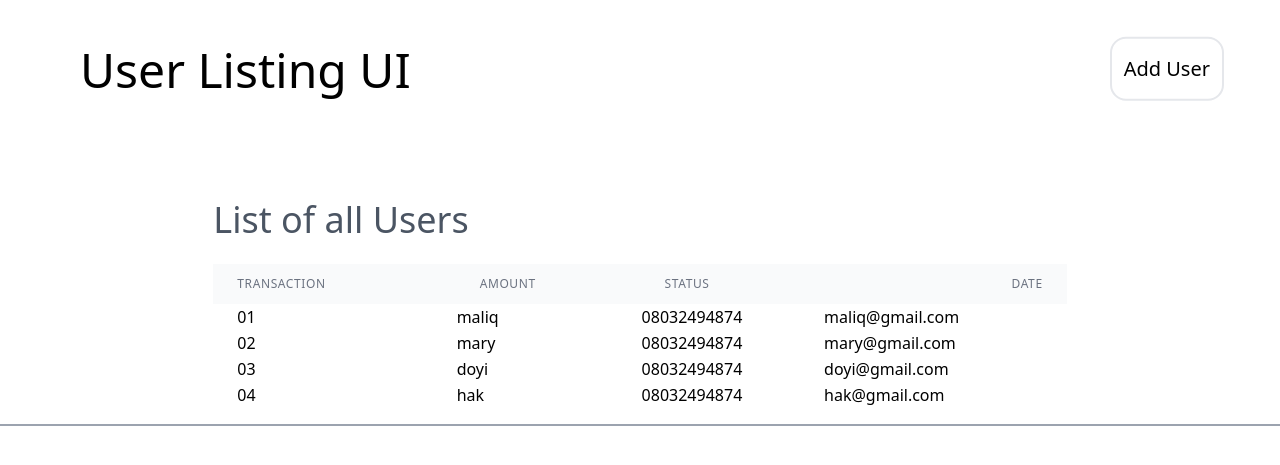
Repository: Marlstergo/listings
Page: / (app in client/)
An editor plug-in stored every save of this project. The page is shown before and after the next save, followed by the edit.
The browser window is 1280 px wide. The pictures show the whole page.
The project was rebuilt for these pictures with package versions that can differ from the ones it lists, and the page was loaded fresh each time. Also part of the build but not shown: client/craco.config.js, client/src/components/Loader.js, client/src/components/Order.js, client/src/components/Modal.js. Imported but missing from the stored project, and not drawn on this page: client/src/components/Base, client/src/components/Toppings.

Above is the page before, as saved 2021-07-21 09:37:22.

After the next save:
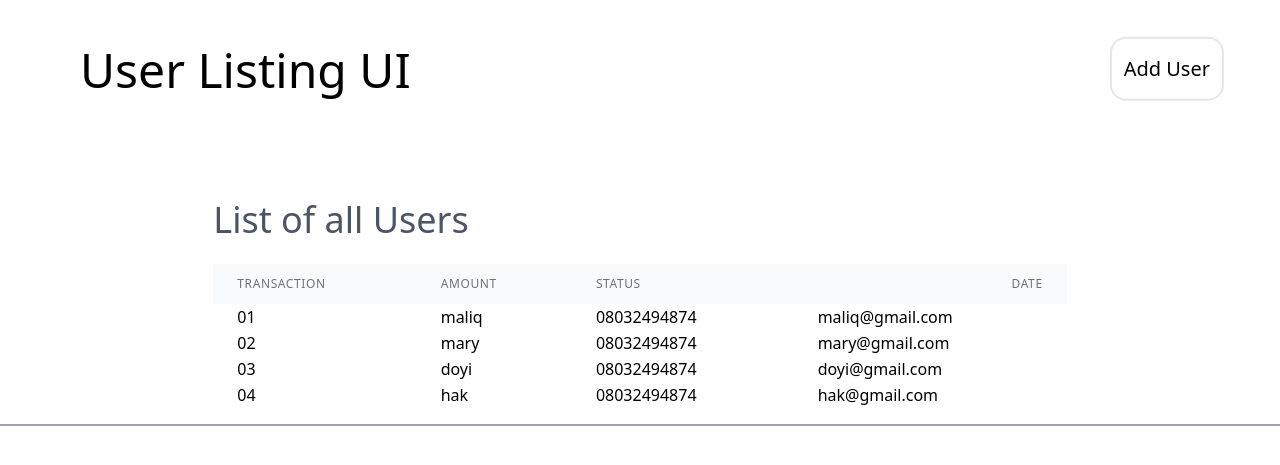
Saved 20 s later.
--- a/client/src/components/UserRow.jsx
+++ b/client/src/components/UserRow.jsx
@@ -5,9 +5,9 @@ const UserRow = ({id, name, phone, email}) => {
   return (
     <tr>
       <td className="px-6">{id}</td>
-      <td>{name}</td>
-      <td>{phone}</td>
-      <td>{email}</td>
+      <td className="px-6">{name}</td>
+      <td className="px-6">{phone}</td>
+      <td className="px-6">{email}</td>
     </tr>
   );
 };
